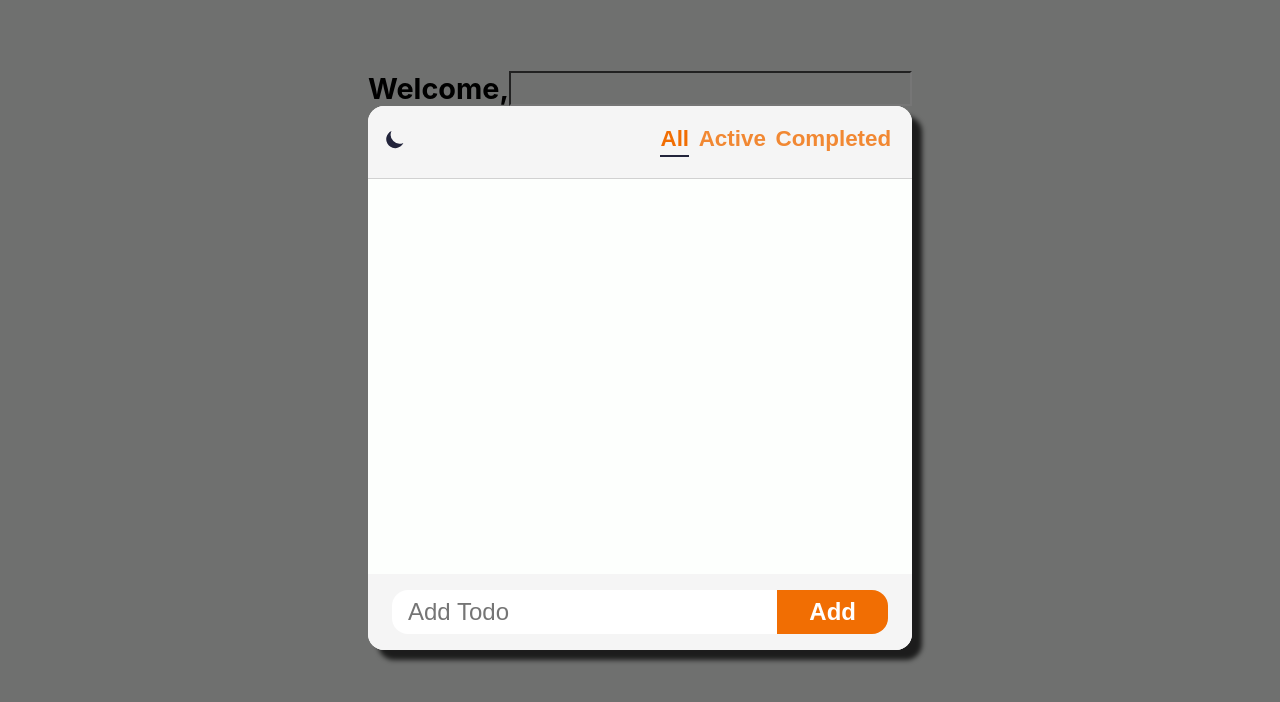
Repository: MrJinkyu/TodoList
Page: /
An editor plug-in stored every save of this project. The page is shown before and after the next save, followed by the edit.
The browser window is 1280 px wide. The pictures show the whole page.
The project was rebuilt for these pictures with package versions that can differ from the ones it lists, and the page was loaded fresh each time. Also part of the build but not shown: src/components/Todo.module.css, src/components/Todo.jsx.

Above is the page before, as saved 2023-05-01 16:13:19.

### src/index.js
import React from 'react';
import ReactDOM from 'react-dom/client';
import './index.css';
import App from './App';
import reportWebVitals from './reportWebVitals';
import Greeting from './components/Greeting';

const root = ReactDOM.createRoot(document.getElementById('root'));
root.render(
  <React.StrictMode>
    <Greeting/>
    <App />
  </React.StrictMode>
);

// If you want to start measuring performance in your app, pass a function
// to log results (for example: reportWebVitals(console.log))
// or send to an analytics endpoint. Learn more: https://bit.ly/CRA-vitals
reportWebVitals();

### src/index.css
:root{
  --color-body: #6f706f;
  --color-bg-dark:#f5f5f5;
  --color-bg: #fdfffd;
  --color-grey: #d1d1d1;
  --color-text: #22243b;
  --color-accent: #f16e03;
  --color-white: white;
  --color-scrollbar: #aaa7a7;
}

html.dark{
  --color-bg-dark: #1a1c35;
  --color-bg: #22243b;
  --color-grey: #4e4e4e;
  --color-text: #fdfffd;
}

*{
  box-sizing: border-box;
  padding: 0;
  margin: 0;
}

button{
  border: none;
  outline: none;
  cursor: pointer;
  background-color: transparent;
}

ul,li{
  list-style: none;
}

body {
  margin: 0;
  font-family: -apple-system, BlinkMacSystemFont, 'Segoe UI', 'Roboto', 'Oxygen',
    'Ubuntu', 'Cantarell', 'Fira Sans', 'Droid Sans', 'Helvetica Neue',
    sans-serif;
  -webkit-font-smoothing: antialiased;
  -moz-osx-font-smoothing: grayscale;
  width: 100vw;
  height: 100vh;
  display: flex;
  justify-content: center;
  align-items: center;
  background-color: var(--color-body);
  font-size: 1.2rem;
  accent-color: var(--color-accent);
}

code {
  font-family: source-code-pro, Menlo, Monaco, Consolas, 'Courier New',
    monospace;
}

::-webkit-scrollbar {
  width: 0.5rem
}

::-webkit-scrollbar-track {
  background-color: var(--color-bg-dark);
}

::-webkit-scrollbar-thumb {
  background-color: var(--color-scrollbar);
}

::-webkit-scrollbar-thumb:hover {
  background-color: var(--color-accent);
}

### src/App.js
import { useState } from "react";
import TodoList from "./components/TodoList";
import Header from "./components/Header";
import { DarkModeProvider } from "./context/DarkModeContext";
import './App.css';

const filters = ['all', 'active', 'completed'];
function App() {
  const [filter, setFilter] = useState(filters[0]);
  return (
    <div className="app">
    <DarkModeProvider>
      <Header filters={filters} filter={filter} onFilterChange={setFilter}/>
      <TodoList filter={filter}/>
    </DarkModeProvider>
    </div>
  );
}

export default App;

### src/components/Greeting.jsx
import React, { useEffect } from 'react';
import styles from './Greeting.module.css';

export default function Greeting() {
    const [name, setName] = ('');
    const handleChange = (e) => {
        setName(e.target.value);
    }
    useEffect(()=>{

    },[]);
    return (
        <div className={styles.greeting}>
            <h2>Welcome,</h2>
            <input
                type='text'
                className={styles.text}
                value={name}
                onChange={handleChange}
            />
        </div>
    );
}

### src/components/TodoList.jsx
import React, { useEffect, useState } from 'react';
import AddTodo from './AddTodo';
import Todo from './Todo';
import styles from './TodoList.module.css';

export default function TodoList({filter}) {
    const [todos, setTodos] = useState(readTodo);
    const handleAdd = (todo) => {
        setTodos([...todos, todo]);
    }
    const handleUpdate = (updated) => {
        setTodos(todos.map((todo) => todo.id === updated.id ? updated : todo));
    }
    const handleDelete = (deleted) => {
        setTodos(todos.filter((todo) => todo.id !== deleted.id));
    }
    const filtered = getFilteredItems(todos, filter);

    useEffect(()=>{
        localStorage.setItem('todos',JSON.stringify(todos));
    },[todos]);
    return (
        <section className={styles.container}>
            <ul className={styles.list}>
                {filtered.map((item) => (
                    <Todo
                        key={item.id}
                        todo={item}
                        onUpdate={handleUpdate}
                        onDelete={handleDelete}
                    />
                ))}
            </ul>
            <AddTodo onAdd={handleAdd}/>
        </section>
    );
}

function getFilteredItems(todos, filter){
    if(filter === 'all'){
        return todos;
    }
    return todos.filter((todo) => todo.status === filter);
}

function readTodo(){
    const todos = localStorage.getItem('todos');
    return todos ? JSON.parse(todos) : [];
}

### src/components/Header.jsx
import React from 'react';
import styles from './Header.module.css';
import { useDarkMode } from '../context/DarkModeContext';
import { HiMoon, HiSun } from 'react-icons/hi';

export default function Header({filters, filter, onFilterChange}) {
    const {darkMode, toggleDarkMode} = useDarkMode();

    return (
        <header className={styles.header}>
            <button className={styles.toggle} onClick={toggleDarkMode}>
                {!darkMode && <HiMoon></HiMoon>}
                {darkMode && <HiSun></HiSun>}
            </button>
            <ul className={styles.filters}>
                {filters.map((value,index) => (
                    <li key={index}>
                        <button
                            onClick={() => onFilterChange(value)}
                            className={`${styles.filter} ${filter === value && styles.selected}`}
                        >
                            {value}
                        </button>
                    </li>
                ))}
            </ul>
        </header>
    );
}

### src/context/DarkModeContext.jsx
const { createContext, useState, useContext } = require("react");

const DarkModeContext = createContext();

export function DarkModeProvider({children}){
    const [darkMode, setDarkMode] = useState(false);
    const toggleDarkMode = () => {
        setDarkMode(!darkMode);
        updateDarkMode(!darkMode);
    }

    return (
        <DarkModeContext.Provider value={{darkMode, toggleDarkMode}}>
            {children}
        </DarkModeContext.Provider>
    )
}

export const useDarkMode = () => useContext(DarkModeContext);

function updateDarkMode(darkMode){
    if(darkMode){
        document.documentElement.classList.add('dark');
    }else{
        document.documentElement.classList.remove('dark');
    }
}

### src/App.css
.app{
    overflow: hidden;
    display: flex;
    flex-direction: column;
    width: 34rem;
    height: 34rem;
    background-color: var(--color-bg);
    border-radius: 1rem;
    box-shadow: 10px 10px 5px 0px rgba(0,0,0,0.75);
  -webkit-box-shadow: 10px 10px 5px 0px rgba(0,0,0,0.75);
  -moz-box-shadow: 10px 10px 5px 0px rgba(0,0,0,0.75);
  }

### src/components/Greeting.module.css
.greeting{
    display: flex;
}

.text{
    width: 100%;
    background-color: transparent;
    color: var(--color-white);
}

### src/components/AddTodo.jsx
import React, { useState } from 'react';
import {v4 as uuidv4} from 'uuid';
import styles from './AddTodo.module.css';

export default function AddTodo({onAdd}) {
    const [text, setText] = useState('');
    const handleChange = (e) => {
        setText(e.target.value);
    }
    const handleSubmit = (e) => {
        e.preventDefault();
        if(text.trim().length === 0){
            return ;
        }
        onAdd({ id: uuidv4(), text, status: 'active' });
        setText('');
    }
    return (
        <form className={styles.form} onSubmit={handleSubmit}>
            <input
                className={styles.input}
                type="text"
                value={text}
                onChange={handleChange}
                placeholder='Add Todo'
            />
            <button className={styles.button}>Add</button>
        </form>
    );
}

### src/components/TodoList.module.css
.container{
    height: 100%;
    display: flex;
    flex-direction: column;
    min-height: 0;
}

.list{
    flex: 1 1 auto;
    padding: 0.7rem 1rem;
    overflow-y: auto;
}

### src/components/Header.module.css
.header{
    background-color: var(--color-bg-dark);
    display: flex;
    justify-content: space-between;
    align-items: center;
    padding: 1rem;
    border-bottom: 1px solid var(--color-grey);
}

.toggle{
    font-size: 1.4rem;
    color: var(--color-text);
    transition: all 150ms ease-out;
}

.toggle:hover{
    color: var(--color-accent);
    transform: scale(1.1);
}

.filters{
    display: flex;
}

.filter{
    margin: 0.3rem;
    font-size: 1.4rem;
    color: var(--color-accent);
    font-weight: bold;
    opacity: 0.8;
    text-transform: capitalize;
}

.filter:hover,
.filter.selected{
    opacity: 1;
}

.filter.selected::after{
    content: '';
    display: block;
    margin-top: 0.2rem;
    border: 1px solid var(--color-text);
}

### src/components/AddTodo.module.css
.form{
    width: 100%;
    display: flex;
    padding: 1rem 1.5rem;
    background-color: var(--color-bg-dark);
}

.input{
    font-size: 1.5rem;
    border: none;
    outline: none;
    padding: 0.5rem 1rem;
    flex: 1 0 auto;
    border-top-left-radius: 1rem;
    border-bottom-left-radius: 1rem;
}

.button{
    padding: 0 2rem;
    font-size: 1.5rem;
    font-weight: bold;
    background-color: var(--color-accent);
    color: var(--color-white);
    border-top-right-radius: 1rem;
    border-bottom-right-radius: 1rem;
}

.button:hover{
    filter: brightness(125%);
}

Loaded but not shown: public/index.html (common file); src/reportWebVitals.js (common file)

After the next save:
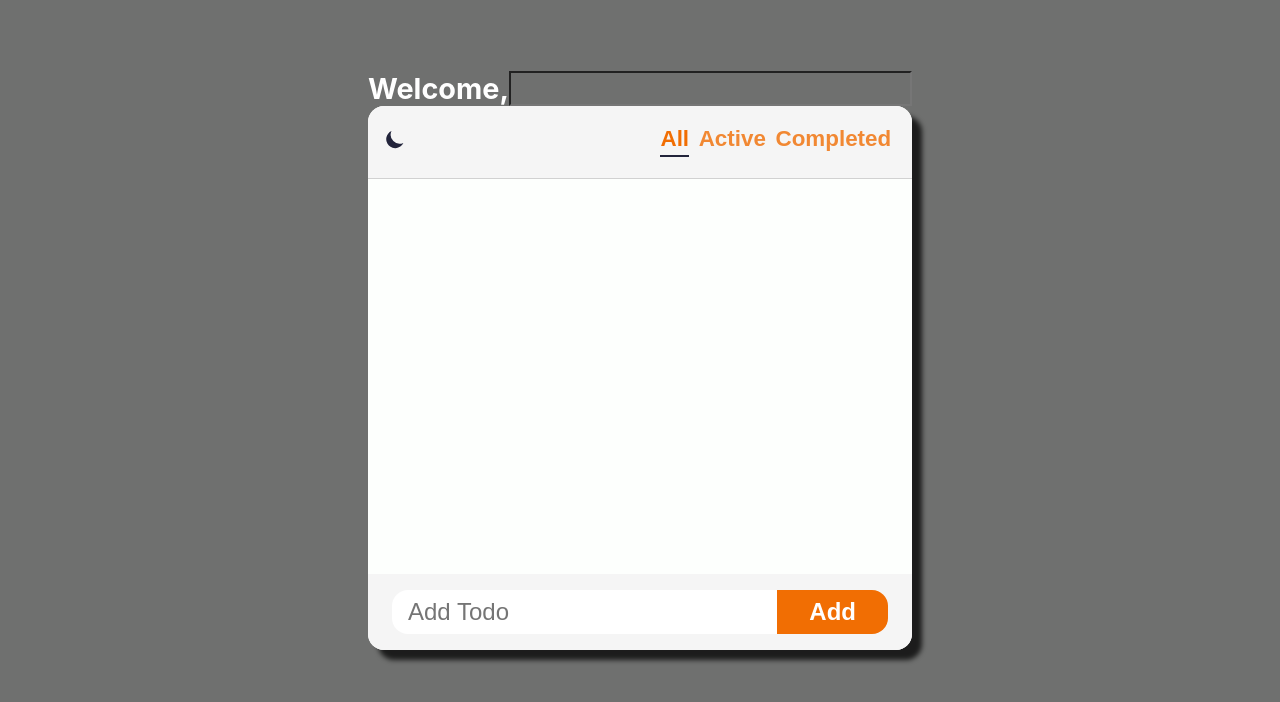
Saved 7 s later.
--- a/src/components/Greeting.module.css
+++ b/src/components/Greeting.module.css
@@ -1,5 +1,6 @@
 .greeting{
     display: flex;
+    color: var(--color-white);
 }
 
 .text{
